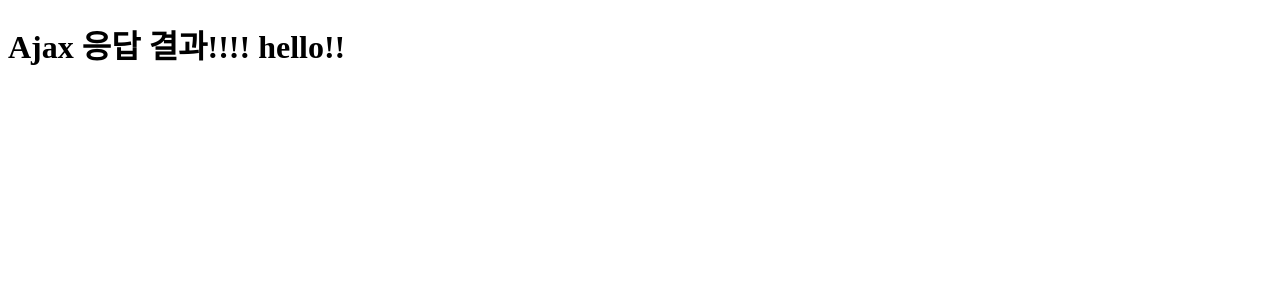
Repository: shouvoo/bitAcademy
Page: http://localhost/06_javascript/08_ajax/hello.jsp
These files come from the project's save history. The page is drawn as it stood at one moment and after the next save; the edit follows.
The browser window is 1280 px wide. The pictures show the whole page.
The page is served by Tomcat 9.

Above is the page before, as saved 2017-11-15 01:20:39.

After the next save:
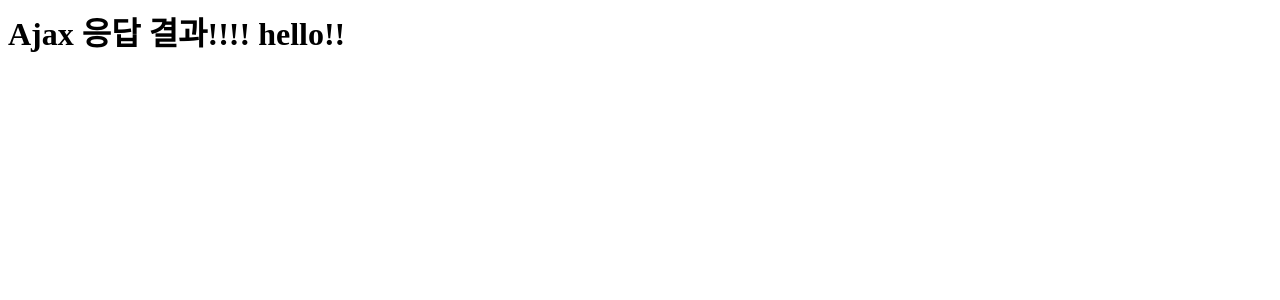
Saved 2 min 48 s later.
--- a/work/jsp/06_javascript/WebContent/08_ajax/hello.jsp
+++ b/work/jsp/06_javascript/WebContent/08_ajax/hello.jsp
@@ -1,12 +1,3 @@
 <%@ page language="java" contentType="text/html; charset=UTF-8"
     pageEncoding="UTF-8"%>
-<!DOCTYPE html PUBLIC "-//W3C//DTD HTML 4.01 Transitional//EN" "http://www.w3.org/TR/html4/loose.dtd">
-<html>
-<head>
-<meta http-equiv="Content-Type" content="text/html; charset=UTF-8">
-<title>Insert title here</title>
-</head>
-<body>
-	<h1>Ajax 응답 결과!!!! hello!!</h1>
-</body>
-</html>
+<h1>Ajax 응답 결과!!!! hello!!</h1>
